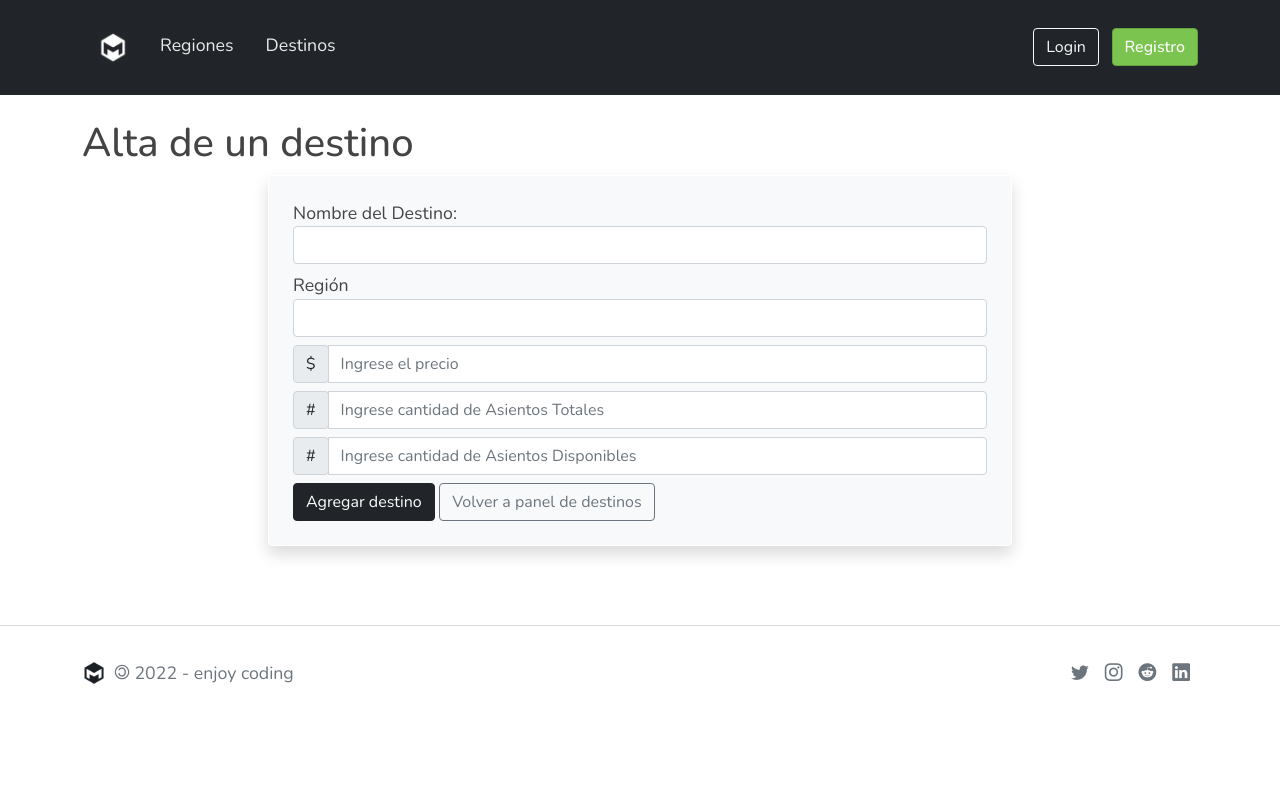
Repository: kevin-meza/cursoLaravel
Page: resources/views/destinoEdit.blade.php
The author's editor kept a copy of each file at every save. The page is drawn from the files as they stood at one save, then again after the next save.
The browser window is 1280 px wide. The pictures show the whole page.
The page is served by the project's Laravel application, run on PHP 8.4 with Laravel 9. Other server files are loaded and not shown. The template is opened directly, without the code that normally fills it, so the values that code supplies are empty.

Above is the page before, as saved 2022-07-14 09:50:10.

### app/Providers/AppServiceProvider.php
<?php

namespace App\Providers;

use Illuminate\Pagination\Paginator;
use Illuminate\Support\ServiceProvider;

class AppServiceProvider extends ServiceProvider
{
    /**
     * Register any application services.
     *
     * @return void
     */
    public function register()
    {
        //
    }

    /**
     * Bootstrap any application services.
     *
     * @return void
     */
    public function boot()
    {
        //
    Paginator::useBootstrap();
    }
}

### routes/web.php
<?php

use Illuminate\Support\Facades\Route;

use function PHPUnit\Framework\throwException;

/*
|--------------------------------------------------------------------------
| Web Routes
|--------------------------------------------------------------------------
|
| Here is where you can register web routes for your application. These
| routes are loaded by the RouteServiceProvider within a group which
| contains the "web" middleware group. Now create something great!
|
*/

Route::get('/', function () {
    return view('welcome');
});

Route::get('/saludo', function () {
    return view('hola');
});

Route::get('/form', function () {
    return view('form');
});
Route::post('/procesa', function () {
    $nombre=request()->input('nombre');
$users=['Admin','Supervisor','Operador','Invitado'];
    return view('procesa',
            [
                'nombre'=>$nombre,
                'users'=>$users
            ]);
});
// Route::get('/param/{z}/{y}', function ($nombre ,$numero) {
//     return 'Nombre:'.$nombre.' N°=:'.$numero;
// });
//desde la plantilla nueva ruta

Route::get('/inicio', function () {
    return view('inicio');
});
###crud de regiones#####

Route::get('/regiones',function(){

// $regiones = DB::select('SELECT idRegion,regNombre FROM regiones');
$regiones= DB::table('regiones')->paginate(5);
return view('regiones',
            [
                'regiones'=>$regiones,

            ]);
});
Route::get('/region/create', function () {
    return view('regionCreate');
});
Route::post('/region/store', function () {
    //permite validar mas facil
    $regNombre= request()->regNombre;
    // DB::insert('INSERT INTO regiones (regNombre) VALUES (:regNombre)',[$regNombre]);
 DB::table('regiones')->insert(['regNombre'=>$regNombre]);
return redirect('/regiones')->with(['mensaje'=>'Region: '.$regNombre.' Agregada Correctamente']);
});

Route::get('/region/update', function () {
    return view('regionEdit');
});

Route::get('/region/edit/{id}',function($id){
   // $region=DB::select('SELECT idRegion,regNombre from regiones where idRegion = :idRegion', [$id]);
   $region=DB::table('regiones')->where('idRegion',$id)->first();
   return view('regionEdit',['region'=>$region]);
});
Route::post('/region/update',function(){
    $regNombre=request()->regNombre;
    $idRegion=request()->idRegion;

    try{
    DB::table('regiones')->where('idRegion',$idRegion)->update(['regNombre'=>$regNombre]);

    return redirect('/regiones')->with(['mensaje' => 'Región modificada correctamente']);
}
catch(Throwable $th){
    return redirect('/regiones')->with(['mensaje'=>'No se pudo modificar']);
    }
});

Route::get('/region/delete/{id}', function($id){
    $region=DB::table('regiones')->where('idRegion',$id)->first();

    $cantidad=DB::table('destinos')->where('idRegion',$id)->count();

    return view('regionDelete',
    [
        'region'=>$region,
        'cantidad'=>$cantidad
    ]);
});

Route::post('/region/destroy',function(){

    $regNombre=request()->regNombre;
    $idRegion=request()->idRegion;
    try{
    DB::table('regiones')->where('idRegion',$idRegion)->delete();
    return redirect('/regiones')->with(['mensaje' => 'Región '.$regNombre.'Eliminada correctamente']);
    }
    catch(Throwable $th){
        return redirect('/regiones')->with(['mensaje' => 'Región No se puede eliminar']);
    }
});
Route::get('/destinos', function () {
    //obtenemos listado de regiones
    // $destinos = DB::table('destinos')->get();
    $destinos = DB::table('destinos as d')
                    ->join('regiones as r','r.idRegion','=','d.idRegion')
                    ->paginate(5);
    //Pasamos datos a la vista

    return view('destinos',
     ['destinos' => $destinos,

        ]);
});
Route::get('/destino/create', function () {
    $regiones=DB::table('regiones')->paginate(5);

    return view('destinoCreate',['regiones'=>$regiones]);
});
Route::post('/destino/store', function () {
    $destNombre = request()->destNombre;
    $idRegion = request()->idRegion;
    $destPrecio = request()->destPrecio;
    $destAsientos = request()->destAsientos;
    $destDisponibles = request()->destDisponibles;


    DB::table('destinos')->insert(
        ['destNombre'=>$destNombre,
         'idRegion'=>$idRegion,
         'destPrecio'=>$destPrecio,
         'destAsientos'=>$destAsientos,
         'destDisponibles'=>$destDisponibles
        ]);
        return redirect('/destinos')->with(['mensaje'=>'Destino:'.$destNombre.' Agregado Correctamente']);
});

### resources/views/destinoEdit.blade.php
@extends('layouts.plantilla')
@section('contenido')

    <h1>Alta de un destino</h1>

    <div class="alert bg-light border border-white shadow round col-8 mx-auto p-4">

        <form action="/destino/store" method="post">
@csrf
            <div class="form-group mb-2">
                <label for="destNombre">Nombre del Destino:</label>
                <input type="text" name="destNombre"
                       id="destNombre" class="form-control"
                       required>
            </div>

            <div class="form-group mb-2">
                <label for="idRegion">Región</label>
                <select name="idRegion" id="idRegion"
                        class="form-control" required>
                   @foreach( $regiones as $region)
                    <option value="{{$region->idRegion}}">{{$region->regNombre}}</option>
                    @endforeach

                </select>
            </div>

            <div class="form-group  mb-2">
                <div class="input-group mb-2">
                    <div class="input-group-prepend">
                        <div class="input-group-text">$</div>
                    </div>
                    <input type="number" name="destPrecio"
                           class="form-control" placeholder="Ingrese el precio" required>
                </div>
            </div>

            <div class="form-group">
                <div class="input-group mb-2">
                    <div class="input-group-prepend">
                        <div class="input-group-text">#</div>
                    </div>
                    <input type="number" name="destAsientos"
                           class="form-control" placeholder="Ingrese cantidad de Asientos Totales" required>
                </div>
            </div>

            <div class="form-group mb-2">
                <div class="input-group">
                    <div class="input-group-prepend">
                        <div class="input-group-text">#</div>
                    </div>
                    <input type="number" name="destDisponibles"
                           class="form-control" placeholder="Ingrese cantidad de Asientos Disponibles" required>
                </div>
            </div>


            <button class="btn btn-dark">Agregar destino</button>
            <a href="/destinos" class="btn btn-outline-secondary">
                Volver a panel de destinos
            </a>

        </form>

    </div>


@endsection

### resources/views/layouts/plantilla.blade.php
@include ('layouts.header')

@include('layouts.nav')
<main class="container py-4">

    @yield('contenido')
</main>


@include('layouts.footer')

### resources/views/layouts/header.blade.php
<!doctype html>
<html lang="en">
<head>
    <meta charset="UTF-8">
    <meta name="viewport"
          content="width=device-width, user-scalable=no, initial-scale=1.0, maximum-scale=1.0, minimum-scale=1.0">
    <title>PHP Travel</title>
    <link rel="stylesheet" href="https://cdn.jsdelivr.net/npm/bootstrap-icons@1.8.1/font/bootstrap-icons.css">
    <link href="https://cdn.jsdelivr.net/npm/bootstrap@5.1.3/dist/css/bootstrap.min.css" rel="stylesheet" integrity="sha384-1BmE4kWBq78iYhFldvKuhfTAU6auU8tT94WrHftjDbrCEXSU1oBoqyl2QvZ6jIW3" crossorigin="anonymous">
    <script src="https://cdn.jsdelivr.net/npm/sweetalert2@11"></script>
    <link rel="stylesheet" href="/css/app.css">
</head>
<body>

### resources/views/layouts/nav.blade.php
<!-- header/nav -->
<header class="p-4 bg-dark text-white">
    <div class="container">
        <div class="d-flex flex-wrap align-items-center justify-content-center justify-content-lg-start">

            <ul class="nav col-12 col-lg-auto me-lg-auto mb-2 justify-content-center mb-md-0">
                <li><a href="index.php" class="nav-link px-3">
                        <img src="/imagenes/m-iso.jpg" id="m-logo" alt="logo">
                    </a>
                </li>
                <li><a href="/regiones" class="nav-link px-3 text-white a-menu">Regiones</a></li>
                <li><a href="/destinos" class="nav-link px-3 text-white a-menu">Destinos</a></li>
            </ul>


            <div class="text-end">

                <button type="button" class="btn btn-outline-light me-2">Login</button>
                <button type="button" class="btn btn-warning">Registro</button>

                <!-- si está logueado -->
                <!-- si está logueado -->
                <!--
                <div class="dropdown">
                    <button class="btn btn-dark dropdown-toggle" type="button" id="dropdownMenuButton2" data-bs-toggle="dropdown" aria-expanded="false">
                        Nombre Apellido
                    </button>
                    <ul class="dropdown-menu dropdown-menu-dark" aria-labelledby="dropdownMenuButton2">
                        <li>
                            <a class="dropdown-item" href="logout.php">
                                <i class="bi bi-box-arrow-right"></i>
                                Salir de admin
                            </a>
                        </li>
                        <li><hr class="dropdown-divider"></li>
                        <li>
                            <a class="dropdown-item" href="#">
                                <i class="bi bi-file-person"></i>
                                Modificar perfil
                            </a>
                        </li>
                        <li>
                            <a class="dropdown-item" href="#">
                                <i class="bi bi-key"></i>
                                Modificar contraseña
                            </a>
                        </li>
                    </ul>
                </div>
                -->
                <!-- si está logueado -->

            </div>
        </div>
    </div>
</header>
<!-- header -->

### resources/views/layouts/footer.blade.php

    <footer>
        <div class="container d-flex flex-wrap justify-content-between align-items-center py-2 my-4">
            <div class="col-md-4 d-flex align-items-center">
                <img src="/imagenes/m-iso-2.jpg" alt="logo" id="m-iso-2">
                <span class="text-muted"><span id="copyleft">🄯</span> 2022 - enjoy coding</span>
            </div>

            <ul class="nav col-md-4 justify-content-end list-unstyled d-flex pe-2">
                <li class="ms-3"><a class="text-muted" href="#"><i class="bi bi-twitter"></i></a></li>
                <li class="ms-3"><a class="text-muted" href="#"><i class="bi bi-instagram"></i></a></li>
                <li class="ms-3"><a class="text-muted" href="#"><i class="bi bi-reddit"></i></a></li>
                <li class="ms-3"><a class="text-muted" href="#"><i class="bi bi-linkedin"></i></a></li>
            </ul>
        </div>
    </footer>
<!-- JavaScript Bundle with Popper -->
<script src="https://cdn.jsdelivr.net/npm/bootstrap@5.1.3/dist/js/bootstrap.bundle.min.js" integrity="sha384-ka7Sk0Gln4gmtz2MlQnikT1wXgYsOg+OMhuP+IlRH9sENBO0LRn5q+8nbTov4+1p" crossorigin="anonymous"></script>
</body>
</html>

### public/css/app.css
@import url('https://fonts.googleapis.com/css2?family=Nunito:wght@300;400;500&display=swap');

body{
    font-family: Nunito, sans-serif;
    font-weight: 300;
    font-size: 1.11em;
    color: #444444;
}
/* header - nav */
#m-logo{
    width: 30px;
}
.a-menu{
    transition: .3s;
    border-bottom: 1px solid #222529;
    opacity: .9;
}
.a-menu:hover{
    border-bottom: 2px solid #95D073;
    opacity: 1;
}

.btn-warning{
    background-color: #7BC450;
    border-color: #64a340;
    font-weight: 500;
    color: #fff;
}
.btn-warning:hover{
    background-color: #95D073;
    border-color: #64a340;
    color: #fff;
}

/* main */
main{
    min-height: 600px;
    margin-bottom: 100px;
}

    .producto{
        display: flex;
        flex-wrap: wrap;
        justify-content: center;
        padding: 10px;
        box-shadow: 0px 0px 10px #d9d9d9;
        border-radius: 10px;
    }
    .producto img{
        width: 100%;
        border-radius: 10px;
    }
    .producto h2{
        font-size: 20px;
        width: 100%;
        padding: 10px 0px 0px 2px;
    }
    .precio{
        position: relative;
        top: -100px;
        left: 80px;
        padding: 4px 20px;
        background-color: #7BC450;
        color: #fff;
        font-weight: 500;
        border-radius: 20px;
    }
    .precio2{
        padding: 4px 20px;
        background-color: #7BC450;
        color: #fff;
        font-weight: 500;
        border-radius: 20px;
    }
    .precio3{
        color: #6cad47;
        font-size: 1.12em;
        font-weight: 500;
    }

footer{
    position: fixed;
    bottom: 0px;
    width: 100%;
    background-color: #fff;
    border-top: 1px solid #d9d9d9;
}
    #m-iso-2{
        width: 24px;
        margin-right: 8px;
    }
    #copyleft{
        font-size: 20px;
        /* transform: rotate(180deg); */
    }

After the next save:
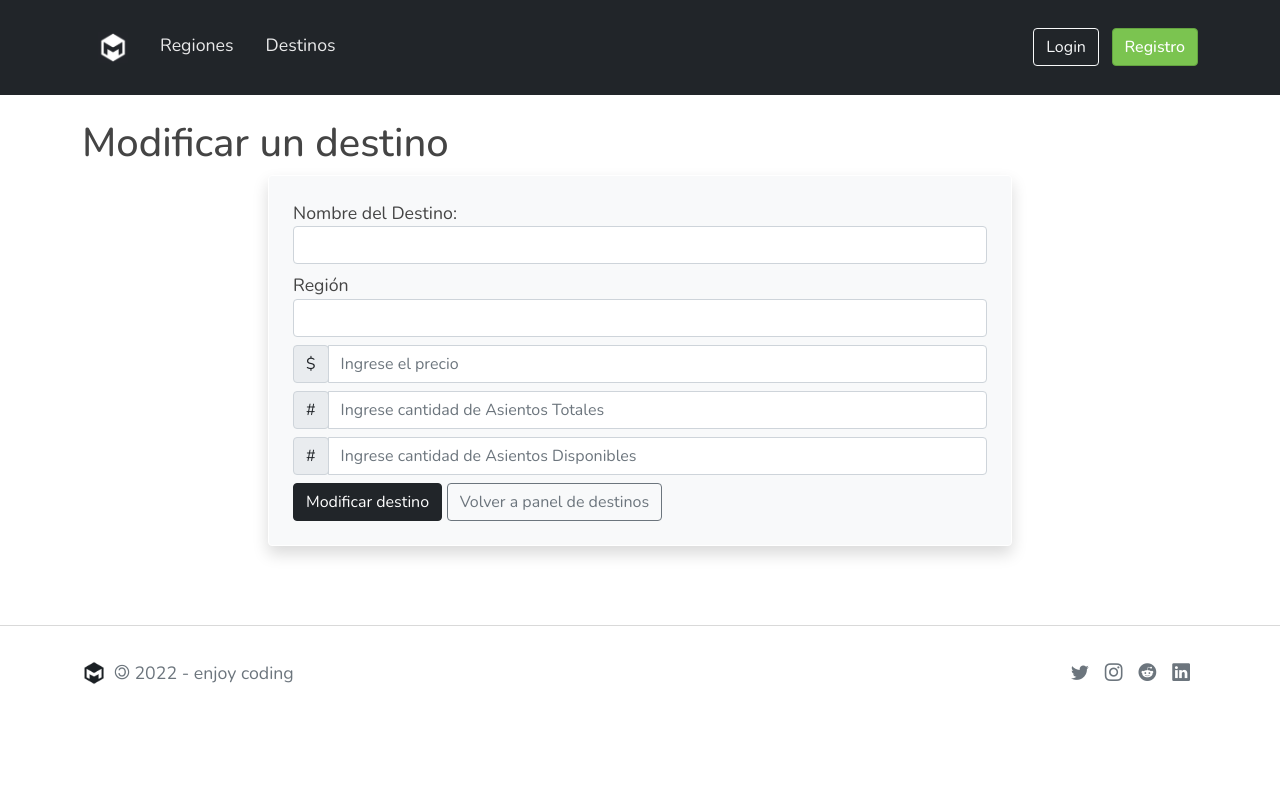
Saved 3 min 41 s later.
--- a/resources/views/destinoEdit.blade.php
+++ b/resources/views/destinoEdit.blade.php
@@ -1,7 +1,7 @@
 @extends('layouts.plantilla')
 @section('contenido')
 
-    <h1>Alta de un destino</h1>
+    <h1>Modificar un destino</h1>
 
     <div class="alert bg-light border border-white shadow round col-8 mx-auto p-4">
 
@@ -56,7 +56,7 @@
             </div>
 
 
-            <button class="btn btn-dark">Agregar destino</button>
+            <button class="btn btn-dark">Modificar destino</button>
             <a href="/destinos" class="btn btn-outline-secondary">
                 Volver a panel de destinos
             </a>
